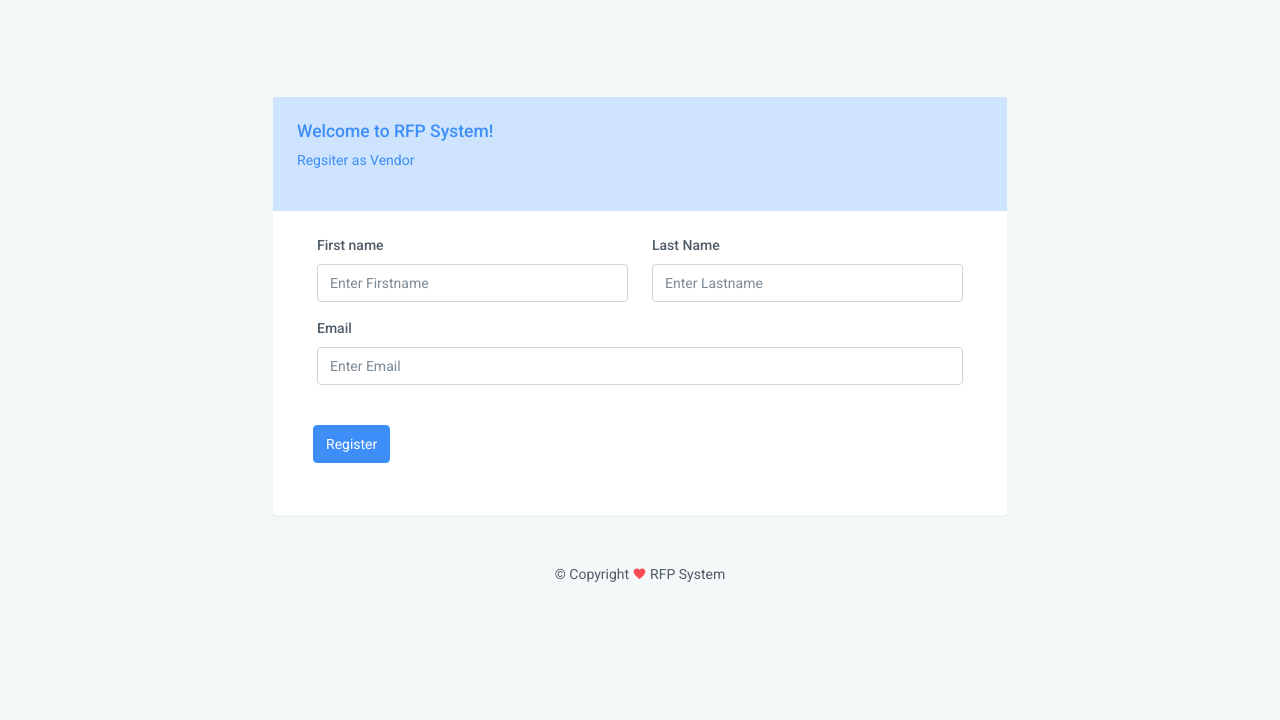
Repository: saurabhgithb/RFP-System
Page: register.html
An editor plug-in stored every save of this project. The page is shown before and after the next save, followed by the edit.
The browser window is 1280 px wide. The pictures show the whole page.

Above is the page before, as saved 2023-01-04 17:37:45.

### register.html

<!doctype html>
<html lang="en">

    <head>

        <meta charset="utf-8" />
        <title>Login | RFP System</title>
        <meta name="viewport" content="width=device-width, initial-scale=1.0">
        <meta content="Premium Multipurpose Admin & Dashboard Template" name="description" />
        <meta content="Themesbrand" name="author" />
        <!-- App favicon -->
        <link rel="shortcut icon" href="assets/images/favicon.ico">

        <!-- Bootstrap Css -->
        <link href="assets/css/bootstrap.min.css" id="bootstrap-style" rel="stylesheet" type="text/css" />
        <!-- Icons Css -->
        <link href="assets/css/icons.min.css" rel="stylesheet" type="text/css" />
        <!-- App Css-->
        <link href="assets/css/app.min.css" id="app-style" rel="stylesheet" type="text/css" />

    </head>

    <body>
        <div class="home-btn d-none d-sm-block">
            <a href="index.html" class="text-dark"><i class="fas fa-home h2"></i></a>
        </div>
        <div class="account-pages my-5 pt-sm-5">
            <div class="container">
                <div class="row justify-content-center">
                    <div class="col-md-8 col-lg-6 col-xl-8">
                        <div class="card overflow-hidden">
                            <div class="bg-soft-primary">
                                <div class="row">
                                    <div class="col-12">
                                        <div class="text-primary p-4">
                                            <h5 class="text-primary">Welcome to RFP System!</h5>
                                            <p>Regsiter as Vendor</p>
                                        </div>
                                    </div>
                                </div>
                            </div>
                            <div class="card-body pt-0">
                                <div class="p-4">
                                    <form class="form-horizontal" action="">
                                        <div class="row">
                                            <div class="col-md-12 col-lg-6 col-xl-6">
                                                <div class="form-group">
                                                    <label for="firstname">First name</label>
                                                    <input type="text" class="form-control" id="firstname" placeholder="Enter Firstname">
                                                </div>
                                            </div>
                                            <div class="col-md-12 col-lg-6 col-xl-6">
                                                <div class="form-group">
                                                    <label for="lastname">Last Name</label>
                                                    <input type="text" class="form-control" id="lastname" placeholder="Enter Lastname">
                                                </div>
                                            </div>
                                            <div class="col-md-12">
                                                <div class="form-group">
                                                    <label for="emailname">Email</label>
                                                    <input type="text" class="form-control" id="email" placeholder="Enter Email">
                                                </div>
                                            </div>


                                            <div class="p-2 mt-3">
                                                <button class="btn btn-primary btn-block waves-effect waves-light" type="submit">Register</button>
                                            </div>
                                        </div>
                                    </form>
                                </div>
                            </div>
                        </div>
                        <div class="mt-5 text-center">
                            <div>
                                <p>&copy; Copyright <i class="mdi mdi-heart text-danger"></i> RFP System</p>
                            </div>
                        </div>
                    </div>
                </div>
            </div>
        </div>
    </body>
</html>

Loaded but not shown: assets/css/bootstrap.min.css (library); assets/css/icons.min.css (library); assets/css/app.min.css (library)

After the next save:
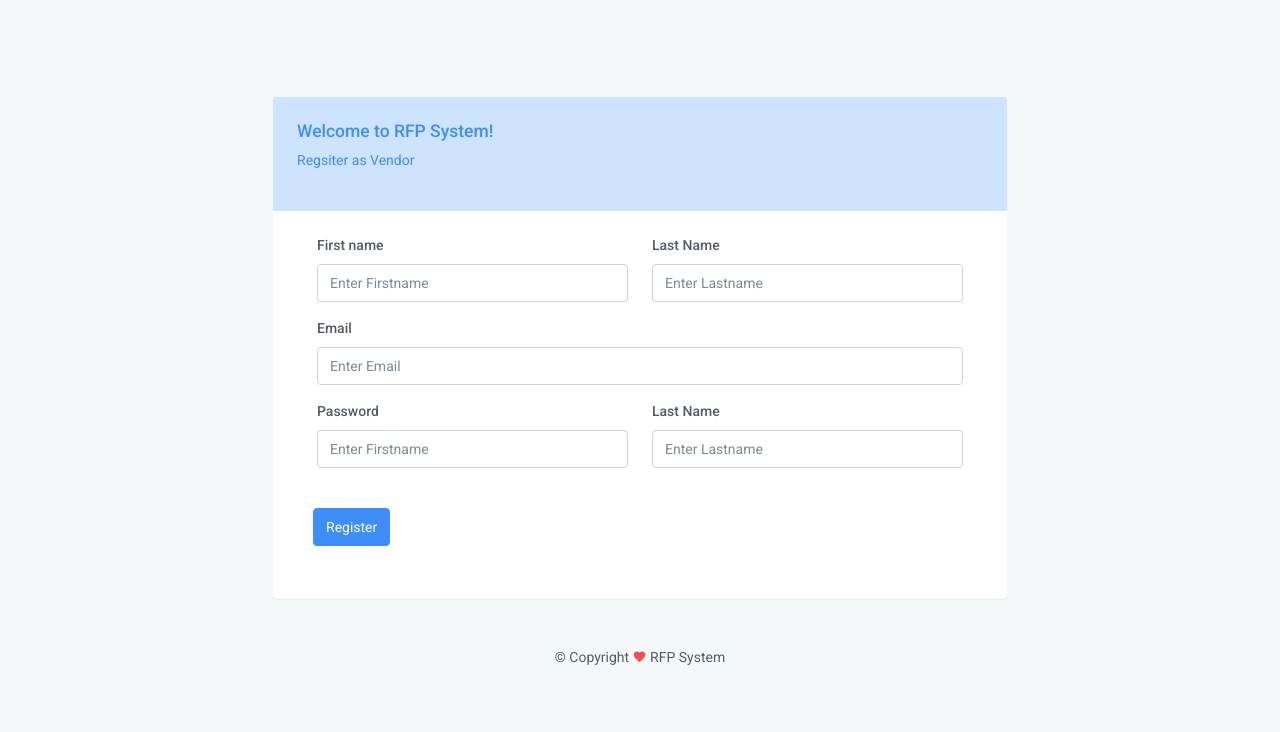
Saved 118 s later.
--- a/register.html
+++ b/register.html
@@ -58,11 +58,23 @@
                                             </div>
                                             <div class="col-md-12">
                                                 <div class="form-group">
-                                                    <label for="emailname">Email</label>
+                                                    <label for="email">Email</label>
                                                     <input type="text" class="form-control" id="email" placeholder="Enter Email">
                                                 </div>
                                             </div>
 
+                                            <div class="col-md-12 col-lg-6 col-xl-6">
+                                                <div class="form-group">
+                                                    <label for="password">Password</label>
+                                                    <input type="password" class="form-control" id="firstname" placeholder="Enter Firstname">
+                                                </div>
+                                            </div>
+                                            <div class="col-md-12 col-lg-6 col-xl-6">
+                                                <div class="form-group">
+                                                    <label for="password">Last Name</label>
+                                                    <input type="password" class="form-control" id="lastname" placeholder="Enter Lastname">
+                                                </div>
+                                            </div>
 
                                             <div class="p-2 mt-3">
                                                 <button class="btn btn-primary btn-block waves-effect waves-light" type="submit">Register</button>
